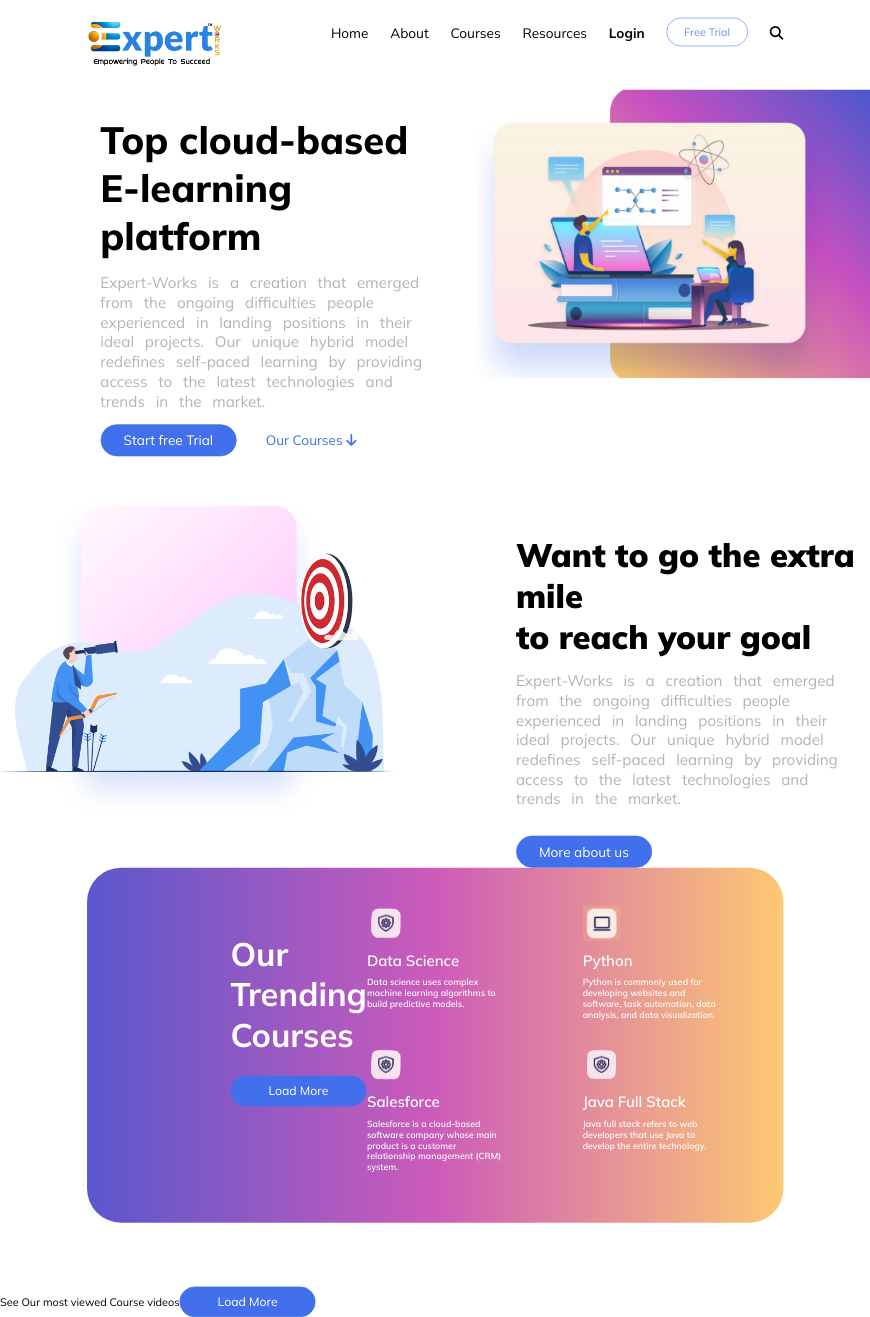
Repository: FlyweisReact/Raghu-B2C
Page: /homePage
An editor plug-in stored every save of this project. The page is shown before and after a run of saves, followed by the edit.
The browser window is 1280 px wide. The pictures show the whole page, at 68% of full size.
Some web libraries are served in a nearby version. The project was rebuilt for these pictures with package versions that can differ from the ones it lists, and the page was loaded fresh each time. Also part of the build but not shown: src/Footer/footer.scss, src/Footer/Footer.jsx, src/component/pages/courses/course.scss, src/component/Navbar/nav.scss, src/component/Navbar/Nav.jsx, src/component/navigation/NavItems.js, src/component/navigation/Dropdown.css, src/component/navigation/Dropdown.js and 43 more.

Above is the page before, as saved 2023-02-03 16:27:02.

After the next 4 saves:
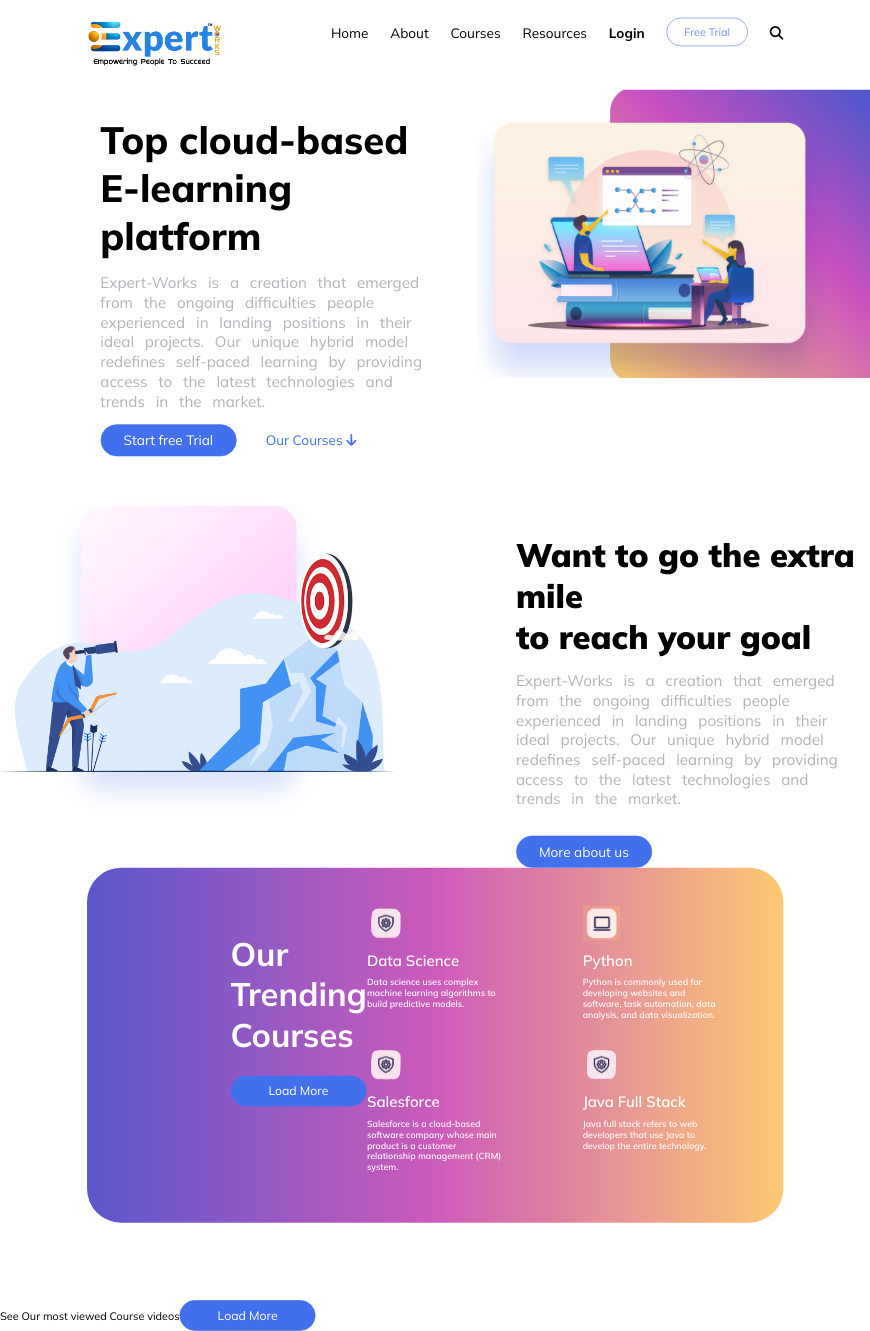
The 4 saves are shown as one change because 2 did not build or start and some came seconds apart.
The last was saved 16 s later.
--- a/src/HomePage.js
+++ b/src/HomePage.js
@@ -172,7 +172,10 @@ const HomePage = () => {
       </div>
 
       <div className="newTwoSec">
-        <div className="left"></div>
+        <div className="left">
+            <img src="" alt='' />
+
+        </div>
         <div className="right">
           See Our most viewed Course videos
           <button
